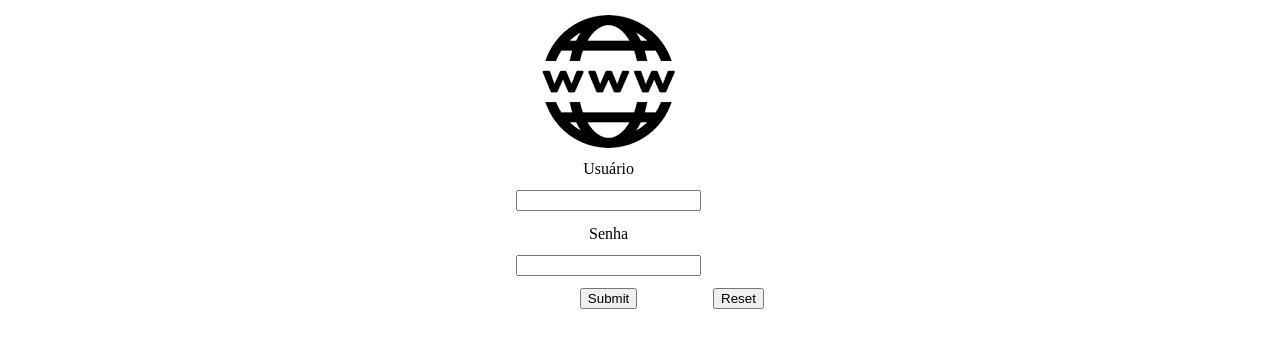
Repository: leonerdy-666/Estudos
Page: http://localhost/JavaWeb/Site.jsp
These files come from the project's save history. The page is drawn as it stood at one moment and after the next save; the edit follows.
The browser window is 1280 px wide. The pictures show the whole page.
The page is served by Tomcat 9.

Above is the page before, as saved 2023-04-10 23:31:02.

After the next save:
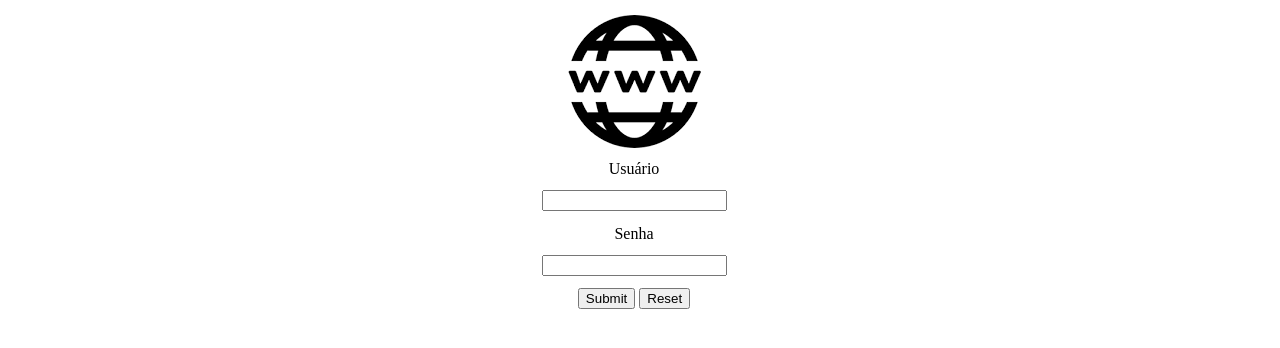
Saved 27 s later.
--- a/Udemy/Projeto/JavaWeb/src/main/webapp/Site.jsp
+++ b/Udemy/Projeto/JavaWeb/src/main/webapp/Site.jsp
@@ -28,8 +28,8 @@
 				<td><input type="text" name="txtSenha" /></td>
 			</tr>
 			<tr>
-				<td colspan="2" align="center"><input type="submit"></td>
-				<td colspan="2" align="left"><input type="reset"></td>
+				<td colspan="2" align="center"><input type="submit"> <input type="reset"></td>
+				<td colspan="2" align="left"></td>
 			</tr>
 		</table>
 	</form>
